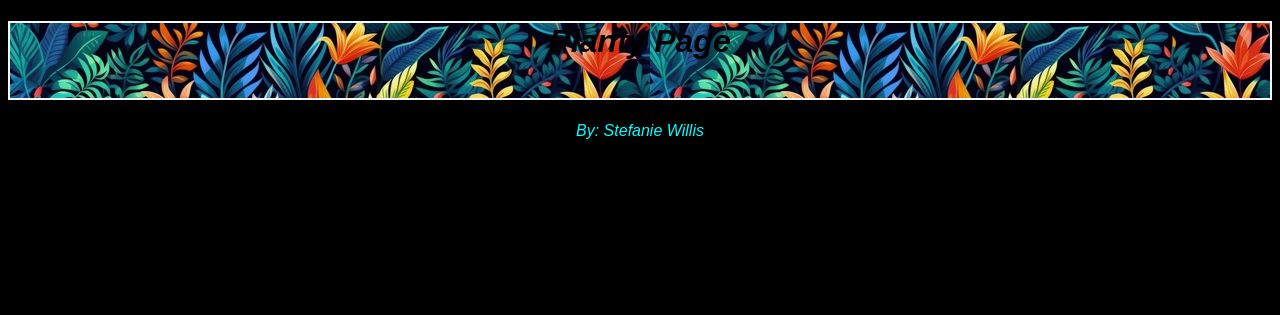
Repository: swillis91/odin-recipies
Page: Planty Page/index.html
These files come from the project's save history. The page is drawn as it stood at one moment and after the next save; the edit follows.
The browser window is 1280 px wide. The pictures show the whole page.

Above is the page before, as saved 2023-08-09 23:41:06.

After the next save:
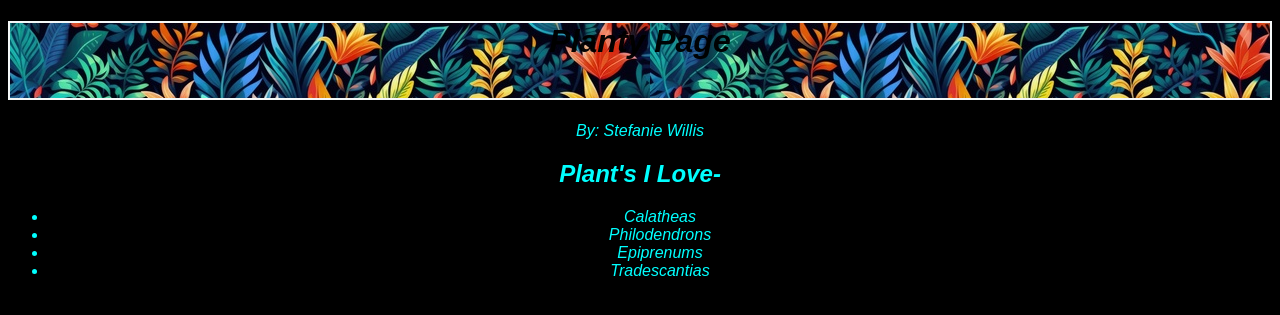
Saved 119 s later.
--- a/Planty Page/index.html
+++ b/Planty Page/index.html
@@ -7,6 +7,12 @@
         <body>
             <h1 class="heading">Planty Page</h1>
                 <p>By: Stefanie Willis</p>
-
+            <h2>Plant's I Love-</h2>
+            <ul>
+                <li>Calatheas</li>
+                <li>Philodendrons</li>
+                <li>Epiprenums</li>
+                <li>Tradescantias</li>
+            </ul>
         </body>
     </html>
